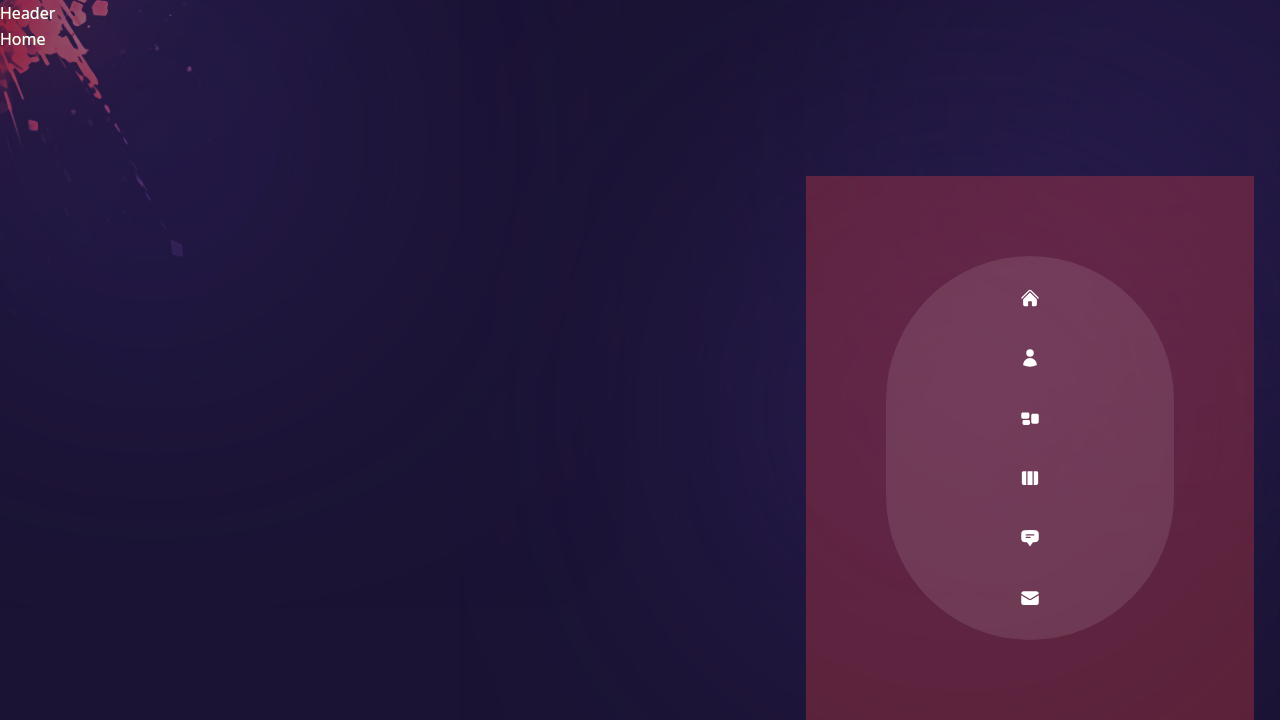
Repository: AchourMaryem/My-personal-portfolio
Page: /
The author's editor kept a copy of each file at every save. The page is drawn from the files as they stood at one save, then again after the next save.
The browser window is 1280 px wide. The pictures show the whole page.
The project was rebuilt for these pictures with package versions that can differ from the ones it lists, and the page was loaded fresh each time. The framework's server and built-in components were replaced by stand-ins that run in the browser. Also part of the build but not shown: next.config.js.

Above is the page before, as saved 2023-09-21 12:03:14.

### pages/_app.js
import '../styles/globals.css';
import Layout from '../components/Layout';
function MyApp({ Component, pageProps }) {
  return(
  <Layout>
  <Component {...pageProps} />
  </Layout>
  );
}

export default MyApp;

### components/Layout.js
import {Sora} from '@next/font/google'


const sora = Sora({
  subsets:['latin'],
  variable:'--font-sora',
  weight:['100','200','300','400','500','600','700','800'],
});
import Nav from '../components/Nav'
import Header from '../components/Header'
import TopLeftImg from '../components/TopLeftImg'

const Layout = ({children}) => {
  return <div className={'page bg-site text-white bg-cover bg-no-repeat ${sora.variable} font-sora relative '}>
   <TopLeftImg />
    <Nav />
    <Header />
    {children}
  </div>;
};

export default Layout;

### components/Nav.js
// icons
import {
  HiHome,
  HiUser,
  HiViewColumns,
  HiRectangleGroup,
  HiChatBubbleBottomCenterText,
  HiEnvelope,
} from 'react-icons/hi2';

// nav data
export const navData = [
  { name: 'home', path: '/', icon: <HiHome /> },
  { name: 'about', path: '/about', icon: <HiUser /> },
  { name: 'services', path: '/services', icon: <HiRectangleGroup /> },
  { name: 'work', path: '/work', icon: <HiViewColumns /> },
  {
    name: 'testimonials',
    path: '/testimonials',
    icon: <HiChatBubbleBottomCenterText />,
  },
  {
    name: 'contact',
    path: '/contact',
    icon: <HiEnvelope />,
  },
];
import Link from 'next/link';
import { useRouter } from 'next/router';
const Nav = () => {
  const router = useRouter();
  const pathname = router.pathname;
  return (
    <nav className='flex flex-col items-center xl:justify-center gap-y-4 fixed h-max bottom-0 mt-auto xl:right-[2%] z-50 top-0 w-full xl:max-w-md xl:h-scree bg-red-500/30 p-20' >
      {/*inner*/}
      <div className='flex w-full xl:flex-col items-center justify-between xl:justify-center gap-y-10 px-4 md:px-40 xl:px-0 h-80 xl:h-max py-8 bg-white/10 backdrop-blur-sm text-3xl xl:text-xl xl:rounded-full '>
        {navData.map((link, index) => {
         return <Link key={index} href={link.path}> {link.icon}</Link>
})}
      </div>
    </nav>
  );
};

export default Nav;

### components/TopLeftImg.js
import Image from "next/image";
const TopLeftImg = () => {
  return <div className="absolute left-0 top-0 mix-blend-color-dodge z-10 w-[200px] xl:w-[400px] opacity-50">
    <Image src='/top-left-img.png' width={400} height={400}  alt=""/>
  </div>;
};

export default TopLeftImg;

Loaded but not shown: pages/index.js (common file); styles/globals.css (common file); components/Header.js (common file); tailwind.config.js (common file)

After the next save:
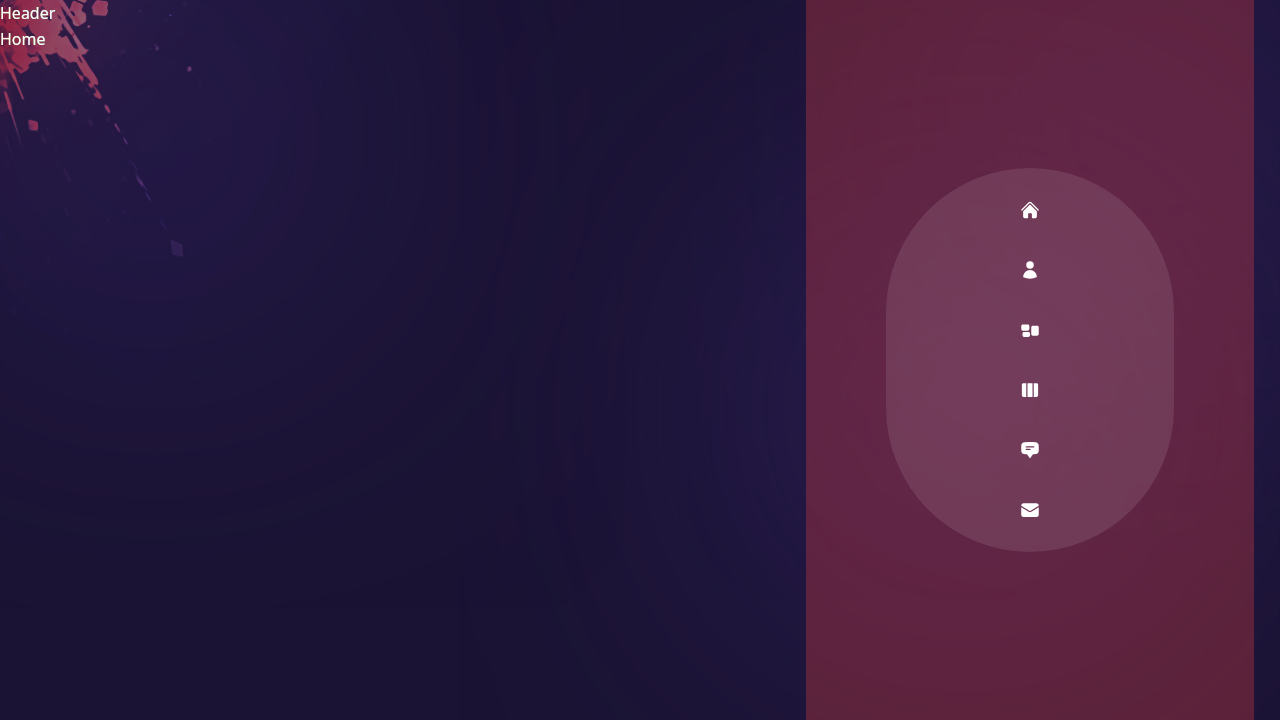
Saved 1 s later.
--- a/components/Nav.js
+++ b/components/Nav.js
@@ -31,7 +31,7 @@ const Nav = () => {
   const router = useRouter();
   const pathname = router.pathname;
   return (
-    <nav className='flex flex-col items-center xl:justify-center gap-y-4 fixed h-max bottom-0 mt-auto xl:right-[2%] z-50 top-0 w-full xl:max-w-md xl:h-scree bg-red-500/30 p-20' >
+    <nav className='flex flex-col items-center xl:justify-center gap-y-4 fixed h-max bottom-0 mt-auto xl:right-[2%] z-50 top-0 w-full xl:max-w-md xl:h-screen bg-red-500/30 p-20' >
       {/*inner*/}
       <div className='flex w-full xl:flex-col items-center justify-between xl:justify-center gap-y-10 px-4 md:px-40 xl:px-0 h-80 xl:h-max py-8 bg-white/10 backdrop-blur-sm text-3xl xl:text-xl xl:rounded-full '>
         {navData.map((link, index) => {
